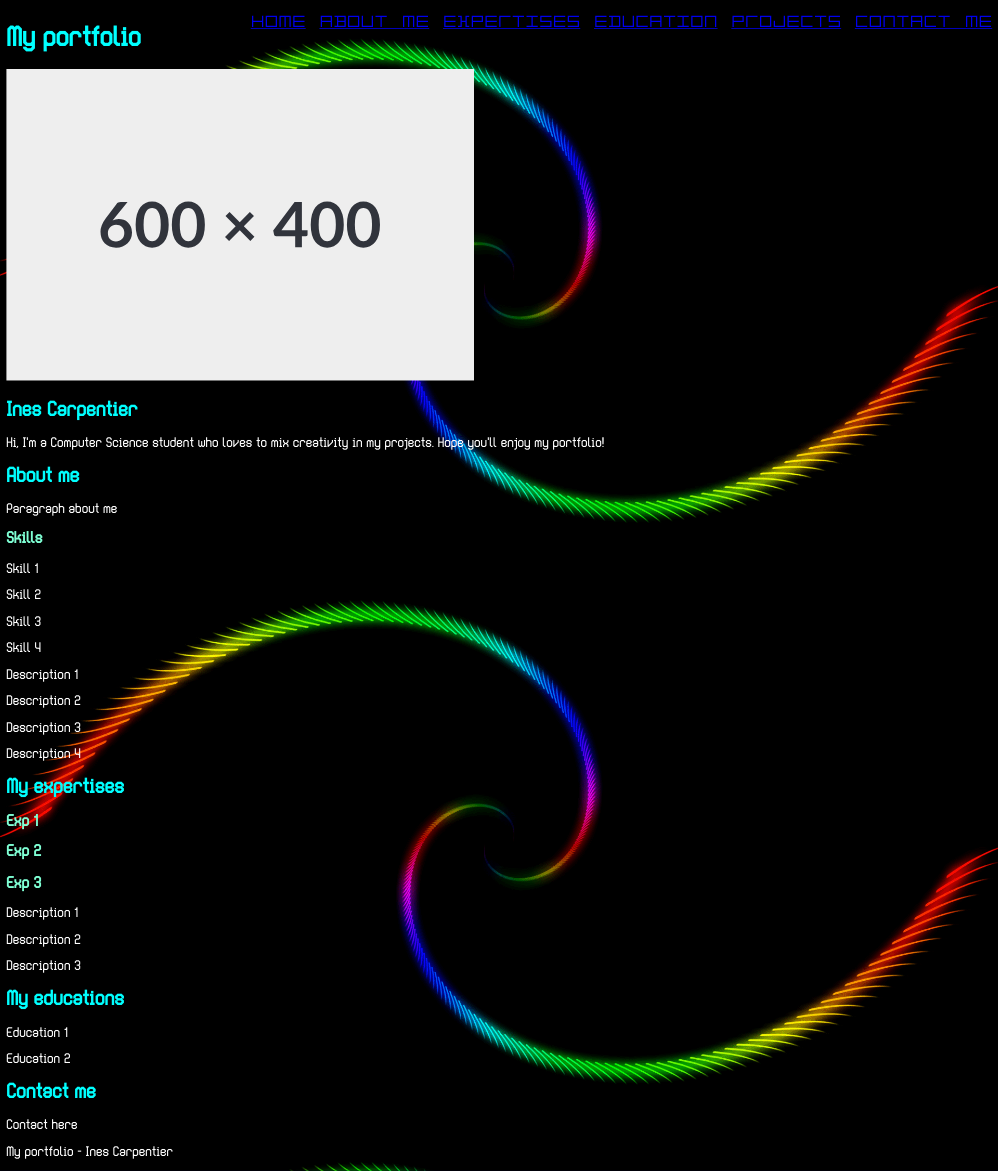
Repository: InsCarp/InsCarp
Page: index.html
The author's editor kept a copy of each file at every save. The page is drawn from the files as they stood at one save, then again after the next save.
The browser window is 1280 px wide. The pictures show the whole page, at 78% of full size.
Backgrounds fixed to the window are drawn as part of the page.

Above is the page before, as saved 2026-04-22 10:38:02.

### index.html
<!DOCTYPE html>
<html lang="en">
<head>
    <meta charset="UTF-8">
    <meta name="viewport" content="width=device-width, initial-scale=1.0">
    <link rel="icon" href="/assets/images/Logo.png" type="image/png" />
    <link rel="stylesheet" href="/styles/globals.css" type="text/css"/>
    <link rel="stylesheet" href="/styles/index.css" type="text/css"/>

    <title>Portfolio - Ines Carpentier</title>
</head>
<header>
    <h1 id="Title">My portfolio</h1>
    <nav>
        <a href="index.html">Home</a>
        <a href="#About">About me</a>
        <a href="#Expertises">Expertises</a>
        <a href="#Education">Education</a>
        <a href="project.html">Projects</a> <!--Put my project page here-->
        <a href="#Contact">Contact me</a>
    </nav>
</header>
<body>
    <div class="Intro">
        <article>
            <img src="/assets/images/placeholder.svg" alt="Me in a circle placeholder"/>
        </article>
        <article>
            <h2>Ines Carpentier</h2>
            <p>Hi, I'm a Computer Science student who loves to mix creativity in my projects.
                Hope you'll enjoy my portfolio!</p>
        </article>
    </div>
    <div class="About">
        <h2 id="About">About me</h2>
        <p>Paragraph about me</p>
        <h3>Skills</h3>
        <article>
            <p>Skill 1</p>
            <p>Skill 2</p>
            <p>Skill 3</p>
            <p>Skill 4</p>
        </article>
        <article>
            <p>Description 1</p>
            <p>Description 2</p>
            <p>Description 3</p>
            <P>Description 4</P>
        </article>
    </div>
    <div class="Exp">
        <h2 id="Expertises">My expertises</h2>
        <article>
            <h3>Exp 1</h3>
            <h3>Exp 2</h3>
            <h3>Exp 3</h3>
        </article>
        <article>
            <p>Description 1</p>
            <p>Description 2</p>
            <p>Description 3</p>
        </article>
    </div>
    <div class="Education">
        <h2 id="Education">My educations</h2>
        <p>Education 1</p>
        <p>Education 2</p>
    </div>
    <div class="Contact">
        <h2 id="Contact">Contact me</h2>
        <p>Contact here</p>
    </div>
</body>
<footer>
    <p>My portfolio - Ines Carpentier</p>
</footer>
</html>

### styles/globals.css
@font-face {
    font-family: Title;
    src: url(/assets/fonts/Y224-2vdae.ttf);
}
@font-face {
    font-family: Portfolio;
    src: url(/assets/fonts/Eightgon-OGn6p.ttf);
}

body{
    background-color:rgb(0, 2, 36);
    color:rgb(255, 255, 255);
    background-image: url(../assets/images/back.gif);
    background-size: cover;
    background-repeat: no-repeat;
    background-attachment: fixed;
    font-family: Portfolio;
}
header {
    display: flex;
    flex-direction: row;
    justify-content: space-between;
}
nav{
    font-family: Title;
    text-align: right;
    margin-top:1%;


}

h1, h2{
    color:aqua;

}

h3{
    color:aquamarine;
}

Loaded but not shown: styles/index.css (no stored copy; drawn as an empty file)

After the next save:
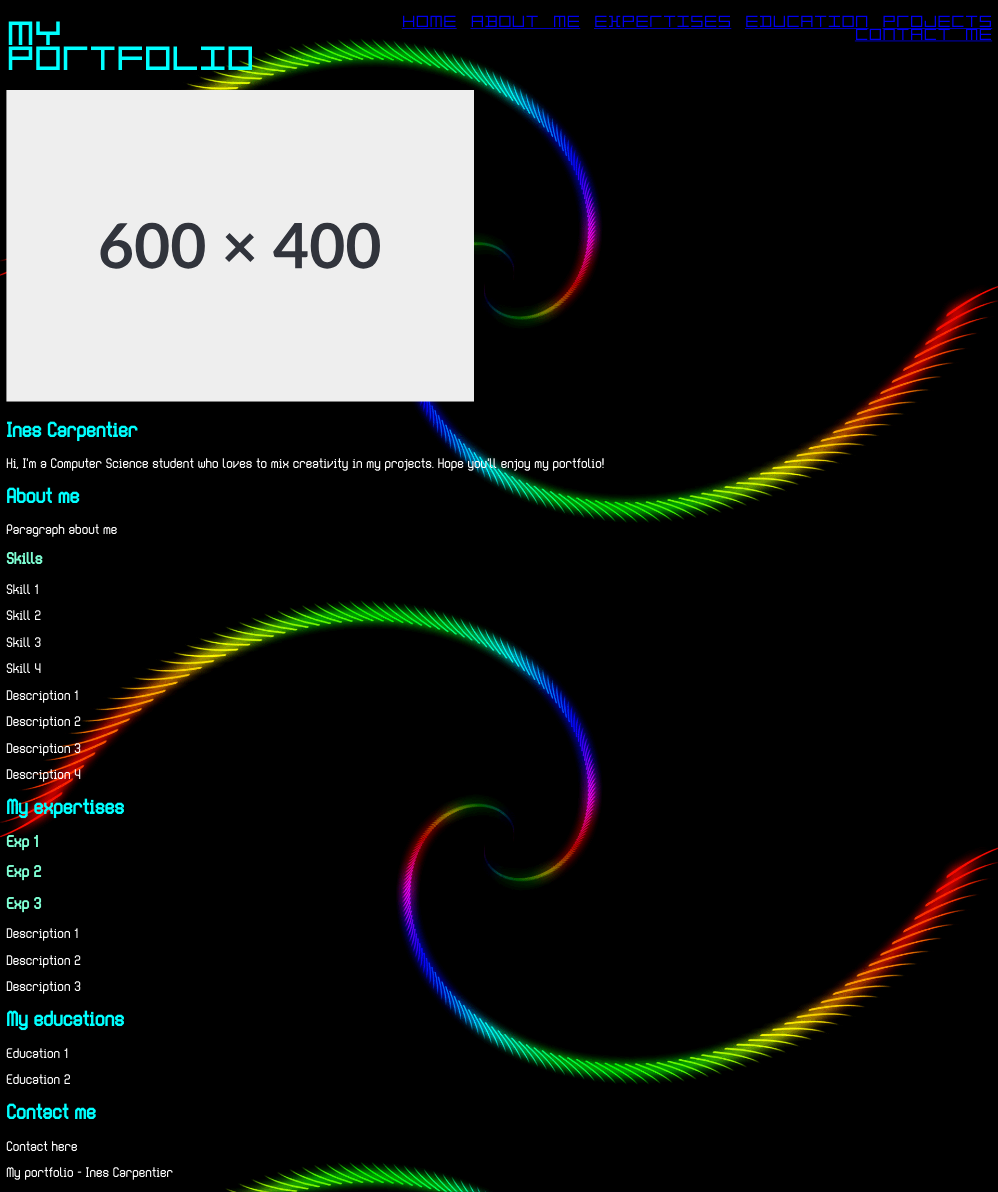
Saved 19 s later.
--- a/styles/globals.css
+++ b/styles/globals.css
@@ -20,7 +20,10 @@ header {
     display: flex;
     flex-direction: row;
     justify-content: space-between;
+
+    font-family: Title;
 }
+
 nav{
     font-family: Title;
     text-align: right;
